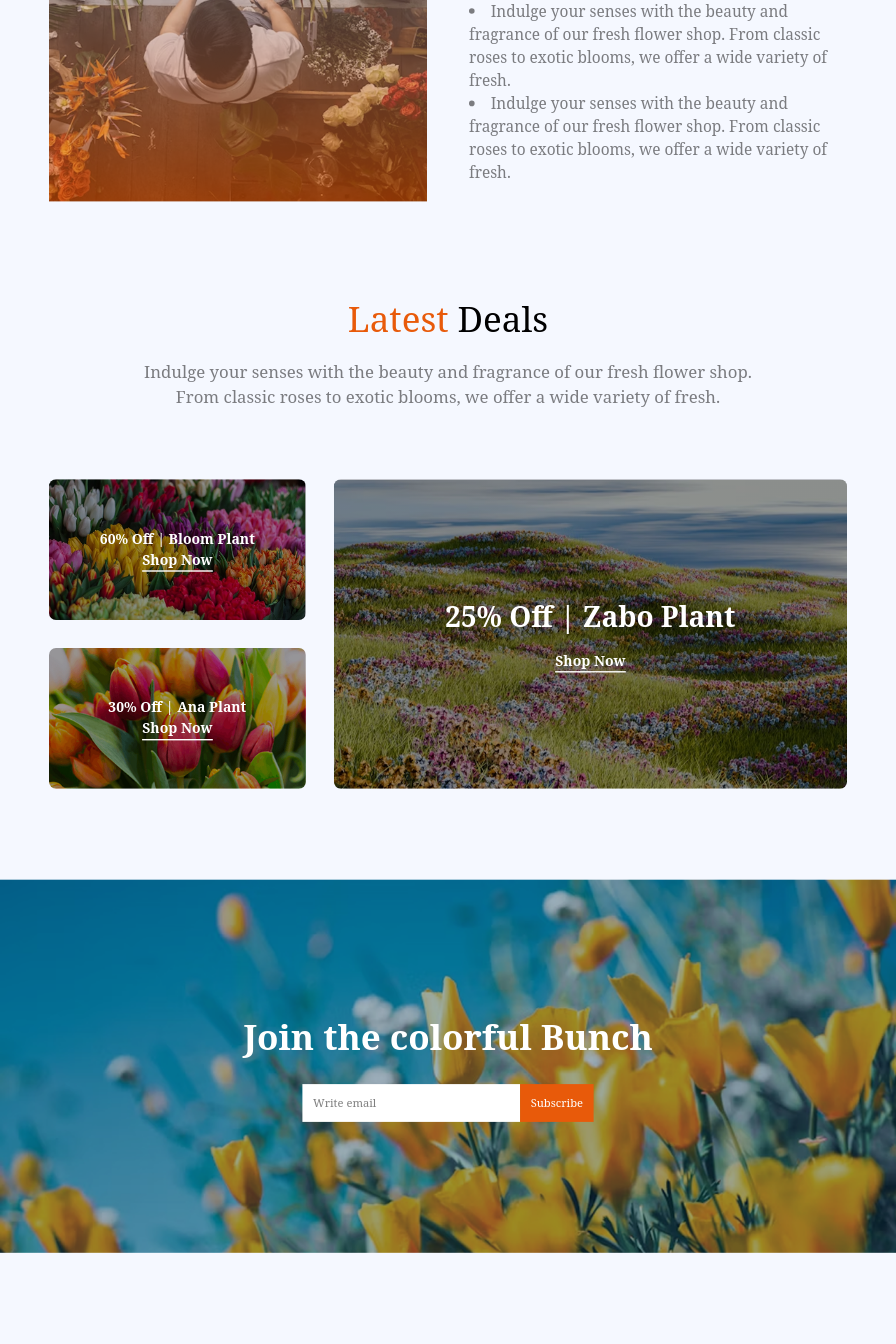
Repository: nahid-hasann/website-7
Page: index.html
The author's editor kept a copy of each file at every save. The page is drawn from the files as they stood at one save, then again after a run of saves.
The browser window is 1280 px wide. The pictures show the part of the page from y = 2514 to 4434 px (the page is 4434 px tall), at 70% of full size.
Some web libraries are served in a nearby version.

Above is the page before, as saved 2025-07-24 21:23:09.

### index.html
<!DOCTYPE html>
<html lang="en">
<head>
    <meta charset="UTF-8">
    <meta name="viewport" content="width=device-width, initial-scale=1.0">
    <title> website-7 </title>
    <link rel="stylesheet" href="style.css">
     <script src="https://cdn.jsdelivr.net/npm/@tailwindcss/browser@4"></script>
    <link rel="stylesheet" href="https://cdnjs.cloudflare.com/ajax/libs/font-awesome/7.0.0/css/all.min.css" integrity="sha512-DxV+EoADOkOygM4IR9yXP8Sb2qwgidEmeqAEmDKIOfPRQZOWbXCzLC6vjbZyy0vPisbH2SyW27+ddLVCN+OMzQ==" crossorigin="anonymous" referrerpolicy="no-referrer" />
   <link rel="preconnect" href="https://fonts.googleapis.com">
<link rel="preconnect" href="https://fonts.gstatic.com" crossorigin>
<link href="https://fonts.googleapis.com/css2?family=Noto+Serif:ital,wght@0,100..900;1,100..900&display=swap" rel="stylesheet">
</head>
<body class="noto-serif-nahid">


    <header>
        <nav>
            <div class="nav-logo">
                <img src="assets/logo.png" alt="">
            </div>
            <div class="nav-menu">
                <ul>
                    <li class="ul-li" style="color: black; font-weight: bold;">Home</li>
                    <li class="ul-li" >Shop</li>
                    <li class="ul-li" >About us</li>
                    <li class="last-li" style="color: black;"><i class="fa-solid fa-cart-shopping"></i>Cart ($56)</li>
                </ul>
            </div>
        </nav>
    </header>

    <main>

        <section class="banner">
            <div class="banner-section">
                <div class="banner-description">
                    <h1>ALWAYS <span style="color: #e85a0a;">FRESH <br> FLOWERS</span></h1>
                    <p>Indulge your senses with the beauty and fragrance of our fresh flower shop. From classic roses to exotic blooms, we offer a wide variety of fresh flowers that are perfect for any occasion.  </p>
                </div>
                <div class="banner-img">
                    <img src="assets/hero-flower.png" alt="">
                </div>
            </div>
        </section>

        <section class="plants-section">
             <h1> <span style="color: #e85a0a;">Our</span> Plants</h1>
             <p>Indulge your senses with the beauty and fragrance of our fresh flower shop. From classic roses to exotic blooms, we offer a wide variety of fresh.</p>
             <div class="plants-card">
                <div class="card">
                    <img src="assets/sample-flower-image.png" alt="">
                    <h4>Lily Blossom</h4>
                    <h2>20 USD</h2>
                    <button class="btn">ADD TO CART</button>
                </div>
                 <div class="card">
                    <img src="assets/sample-flower-image.png" alt="">
                    <h4>Lily Blossom</h4>
                    <h2>20 USD</h2>
                    <button class="btn">ADD TO CART</button>
                </div>
                 <div class="card">
                    <img src="assets/sample-flower-image.png" alt="">
                    <h4>Lily Blossom</h4>
                    <h2>20 USD</h2>
                    <button class="btn">ADD TO CART</button>
                </div>
                 <div class="card">
                    <img src="assets/sample-flower-image.png" alt="">
                    <h4>Lily Blossom</h4>
                    <h2>20 USD</h2>
                    <button class="btn">ADD TO CART</button>
                </div>
                 <div class="card">
                    <img src="assets/sample-flower-image.png" alt="">
                    <h4>Lily Blossom</h4>
                    <h2>20 USD</h2>
                    <button class="btn">ADD TO CART</button>
                </div>
                 <div class="card">
                    <img src="assets/sample-flower-image.png" alt="">
                    <h4>Lily Blossom</h4>
                    <h2>20 USD</h2>
                    <button class="btn">ADD TO CART</button>
                </div>
                 <div class="card">
                    <img src="assets/sample-flower-image.png" alt="">
                    <h4>Lily Blossom</h4>
                    <h2>20 USD</h2>
                    <button class="btn">ADD TO CART</button>
                </div>
                 <div class="card">
                    <img src="assets/sample-flower-image.png" alt="">
                    <h4>Lily Blossom</h4>
                    <h2>20 USD</h2>
                    <button class="btn">ADD TO CART</button>
                </div>
             </div>
        </section>

        <section class="plants-lover-section">
            <div class="plants-lover-div">
                <div class="plants-lover-img">
                <img src="assets/flower-store.png" alt="">
                <div class="badge">
                    <img class="badge-img" src="assets/trusted-badge.png" alt="">
                </div>
            </div>
            <div class="plants-lover-content">
                <h1>Flower & Plants Lover</h1>
                <or>
                    <li>Indulge your senses with the beauty and fragrance of our fresh flower shop. From classic roses to exotic blooms, we offer a wide variety of fresh.</li>
                    <li>Indulge your senses with the beauty and fragrance of our fresh flower shop. From classic roses to exotic blooms, we offer a wide variety of fresh.</li>
                    <li>Indulge your senses with the beauty and fragrance of our fresh flower shop. From classic roses to exotic blooms, we offer a wide variety of fresh.</li>
                </or>
            </div>
            </div>
        </section>

        <section class="offer-main-section">

            <h1 class="text-[50px]"><span style="color: #e85a0a;">Latest</span>  Deals</h1>
            <p>Indulge your senses with the beauty and fragrance of our fresh flower shop. <br> From classic roses to exotic blooms, we offer a wide variety of fresh.</p>

           <div class="offer-section">
            <div class="card card-1">
                 <h3>60% Off | Bloom Plant</h3>
                 <a href="#">Shop Now</a>
            </div>
            <div class="card big-card">
                <h2>25% Off | Zabo Plant</h2>
                <a href="#">Shop Now</a>
            </div>
            <div class="card card-2">
                 <h3>30% Off | Ana Plant</h3>
                 <a href="#">Shop Now</a>
            </div>

           </div>

  </section>

  <section class="subscribe-section">

    <h1>Join the colorful Bunch</h1>

    <div class="subscibe">
        <input type="text" name="" placeholder="Write email" id="">
        <button class="btn-2">Subscribe</button>
    </div>
  </section>


    </main>




</body>
</html>

### style.css


*{
    margin: 0;
    padding: 0;
    box-sizing: border-box;
}


.noto-serif-nahid {
  font-family: "Noto Serif", serif;
  font-optical-sizing: auto;
  font-style: normal;
  font-variation-settings:
    "wdth" 100;
}

body{
    background-color: #f5f8ff;
}



/* header suru  */

header{
   margin: 20px auto;
   max-width: 1140px;
}

nav{
    display: flex;
    justify-content: space-between;
    align-items: center;
}

.nav-logo img{
    width: 100%;
}

.nav-menu ul{
     display: flex;
     gap: 30px;
     align-items: center;
     justify-content: center;
     margin: auto 0;
}

.nav-menu ul li{
    color: rgba(137, 135, 161, 1);
    font-weight: 400;
}


/* header sesh  */

/* banner-section  */

.banner{
    margin: 230px auto 130px auto;
    max-width: 1140px;

}

.banner-section{
     display: flex;
     align-items: end;
     justify-content: center;
}

.banner-description h1{
    font-size: 65px;
    font-weight: 800;

}

.banner-description p{
    font-size: 22px;
    color: #7b7c80;
}

.banner-img img{
    max-width: 570px;
}

/* banner-section  */

/* plants-section suru */

.plants-section{
    width: 1140px;
    margin: 130px auto;
}

.plants-section h1{
    text-align: center;
    font-size: 50px;
    margin-bottom: 14px;
    font-weight: 700;
}

.plants-card{
    display: grid;
    grid-template-columns: 1fr 1fr 1fr 1fr;
    gap: 30px;
    row-gap: 60px;
    margin-top: 60px;
}

.plants-section p{
    font-size: 22px;
    color: #7b7c80;
    text-align: center;
}

.card {
    display: flex;
    flex-direction: column;
    align-items: center;
    justify-content: center;
}

.card h4{
    font-size: 22px;
    font-weight: 300;
    margin-top: 18px;
}

.card h2{
    font-size: 22px;
    font-weight: 700;
    margin-bottom: 18px;
}

.btn{
    background-color: #e85a0a;
    width: 100%;
    padding: 13px 0;
    color: white;
}

/* plants-section sesh  */

/* plants-lover-section suru  */

.plants-lover-section{
    width: 1140px;
    margin: 180px auto 130px auto;
}



.plants-lover-div{
     display: grid;
     grid-template-columns: 1fr 1fr;
    align-items: center;
    justify-content: center;
    gap: 60px;
}

.plants-lover-img{
    position: relative;
}

.badge-img{
    position: absolute;
    top: -80px;
    right: -80px;
    width: 200px;
    z-index: 999;
     animation-name: zoominout;
    animation-timing-function: ease-in-out;
    animation-iteration-count: infinite;
    animation-duration: 4s;
}

@keyframes zoominout{
    0%, 100%{
        transform: scale(1);
    }

    50%{
        transform: scale(1.1);
    }
}



.plants-lover-content h1{
     font-size: 50px;
     font-weight: 700;
}

.plants-lover-content or li{
    font-size: 22px;
    color: #7b7c80;
}

/* plants-lover-section sesh  */


/* offer-section start  */

.offer-main-section{
    width: 1140px;
    margin: 130px auto;
}

.offer-main-section h1{
    text-align: center;
    margin-bottom: 20px;
}

.offer-main-section p{
    color: #7b7c80;
    text-align: center;
    margin-bottom: 100px;
    font-size: 24px;
}

.offer-section{
    display: grid;
    grid-template-columns: 1fr 2fr;
    margin: auto;
    width: 1140px;
    gap: 40px;
    grid-auto-rows: 201px;
    margin-top: 50px;
}

.card{
    border-radius: 10px;
}

.card h3{
    font-size: 20px;
    font-weight: 600;
    color: white;
}

.card a{
    border-bottom: 2px solid white;
    color: white;
    font-size: 20px;
    font-weight: 600;
}

.big-card h2{
    font-size: 40px;
    color: white;
}

.card-1{
    background: linear-gradient(rgba(0, 0, 0, 0.4), rgba(0, 0, 0, 0.4)), url('assets/deal-bloom.png') ;
    height: 201px;
    grid-column: 1;
    grid-row: 1;
     background-repeat: no-repeat;
    background-position: center;
    background-size: cover;
}

.big-card{
    background: linear-gradient(rgba(0, 0, 0, 0.4), rgba(0, 0, 0, 0.4)),   url('assets/deal-zabo.png');
    grid-column: 2;
    grid-row: span 2;
    background-repeat: no-repeat;
    background-position: center;
    background-size: cover;
}

.card-2{
        background: linear-gradient(rgba(0, 0, 0, 0.4), rgba(0, 0, 0, 0.4)),   url('assets/deal-ana.png');
        height: 201px;
        grid-column: 1;
    grid-row: 2;
     background-repeat: no-repeat;
    background-position: center;
    background-size: cover;
}

/* offer-section end  */

/* subscribe-section start  */

.subscribe-section{
    margin: 130px 0;
    background: url('assets/news-letter-bg.png') ;
    height: 533px;
    display: flex;
    flex-direction: column;
    align-items: center;
    justify-content: center;
}

.subscribe-section h1{
    font-size: 50px;
    text-align: center;
    margin-bottom: 30px;
    color: white;
    font-weight: 700;
}

.subscibe{
    max-width: 833px;
    display: flex;
}

.subscibe input{
    background-color: white;
    width: 80%;
    padding: 15px 50px 15px 15px;

}

.btn-2{
    background-color: #e85a0a;
    padding: 15px ;
    color: white;
}

/* subscribe-section end  */








/* media screen  */

@media screen and (max-width:575px) {
    header{
        width: 100%;
    }

nav{
    margin:0 30px;

}

.nav-logo img{
    width: 63px;
}
    .ul-li{
        display: none;
    }

    .banner{
        max-width: 575px;
        margin-top: 70px ;
        margin-bottom: 70px;
    }

    .banner-section{
        flex-direction: column-reverse;

    }

    .banner-description{
        margin-left: 30px;
    }

    .banner-description h1{
    font-size: 24px;
}

.banner-description p{
    font-size: 14px;
}

.banner-img img{
    max-width: 400px;
    margin-bottom: 80px;
}

.plants-section{
    width: 100% ;
    padding: 0 20px ;
    margin: 70px 0;

}

.plants-card{
    display: grid;
    grid-template-columns: 1fr 1fr;
    gap: 20px;
    row-gap: 40px;
}

.plants-section h1{
    font-size: 24px;
}
.plants-section p{
    font-size: 14px;
}

.card h4{
    font-size: 15px;
}

.card h2{
    font-size: 15px;
}

.btn{
    font-size: 15px;
}

.plants-lover-section{
    width: 100%;
    margin: 70px 0;
    padding: 0 20px;
}

.plants-lover-div{
    grid-template-columns: 1fr;
}

.badge-img{
    display: none;
}


.plants-lover-content h1{
    font-size: 24px;
    margin-top: -30px;
}

.plants-lover-content or li{
    font-size: 14px;
}

.plants-lover-content or li:nth-child(2){
    margin-top: 15px;
    margin-bottom: 15px;
}

.plants-lover-content or li:first-child{
    margin-top: 15px;
}

.offer-main-section{
    width: 100%;
    padding: 0 20px;
    margin-top: 70px ;
    margin-bottom: 70px;
}

.offer-main-section h1{
    font-size: 24px;
}

.offer-main-section p{
    font-size: 14px;
    margin-top: 15px;
}

.offer-section{
    grid-template-columns: 1fr;
    width: 100%;
    margin: 0px 0 70px 0;
    padding: 0 20px;
}

.card h3 {
    font-size: 15px;
}

.card a{
    font-size: 15px;
}

.big-card h2{
    font-size: 15px;
}

.card-1{
    grid-column: 1;
    grid-row: 1;
}

.card-2{
    grid-column: 1;
    grid-row: 2;
}

.big-card{
    grid-column: 1;
    grid-row: 3;
}


}

After the next 2 saves:
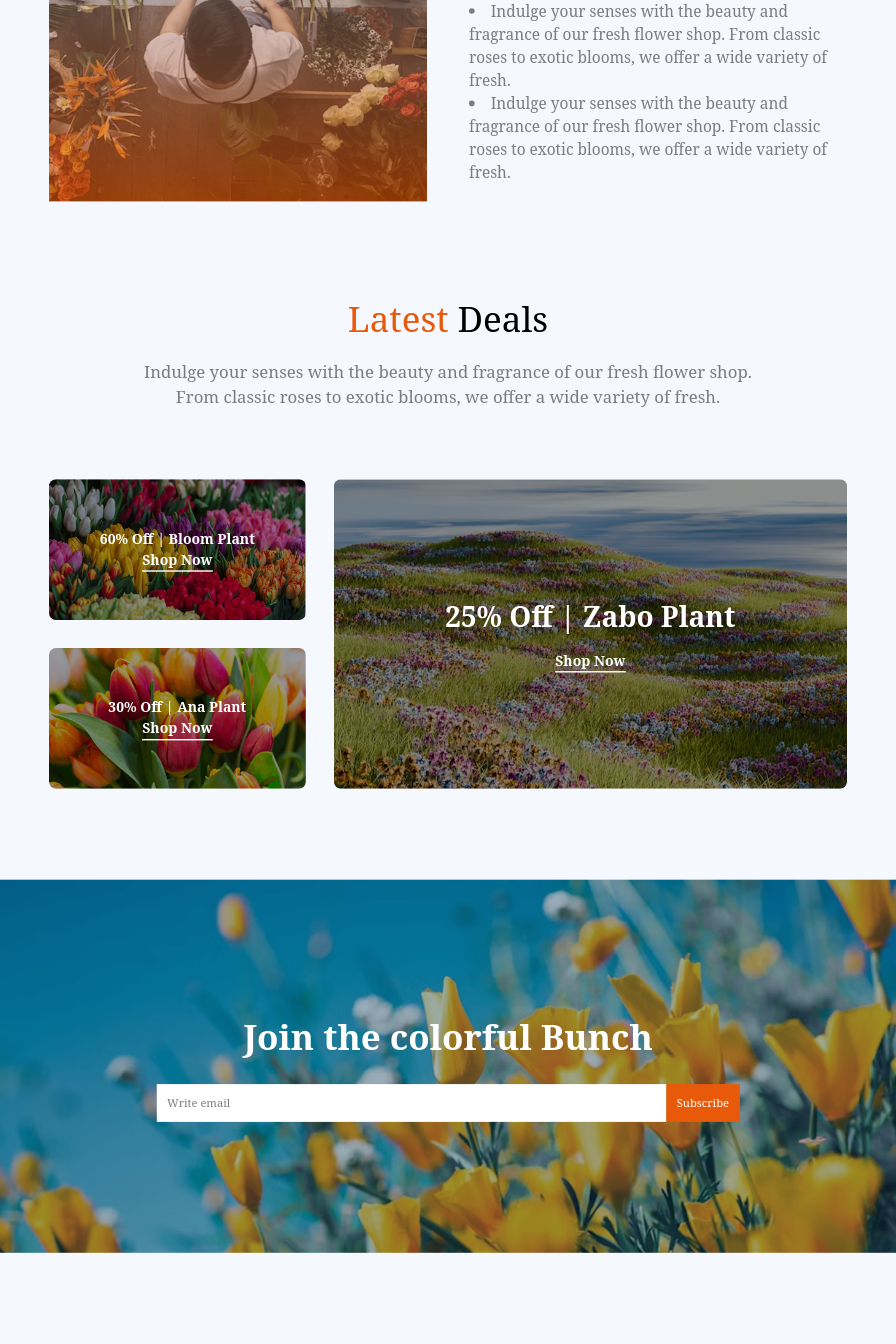
The 2 saves are shown as one change because they came seconds apart.
The last was saved 7 s later.
--- a/style.css
+++ b/style.css
@@ -308,7 +308,7 @@
 
 .subscibe input{
     background-color: white;
-    width: 80%;
+    width: 833px;
     padding: 15px 50px 15px 15px;
 
 }

After the save that followed:
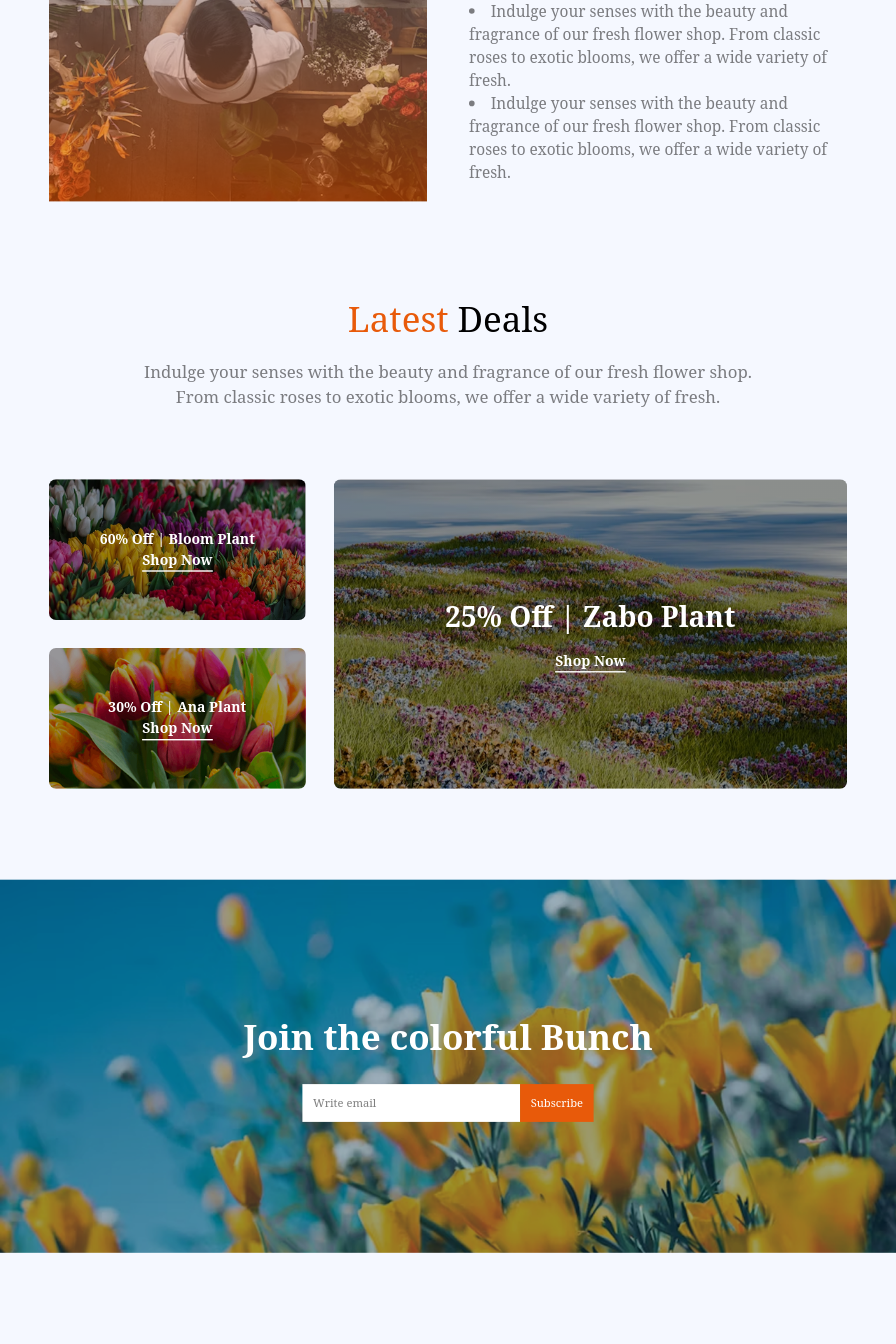
Saved 10 s later.
--- a/style.css
+++ b/style.css
@@ -308,7 +308,7 @@
 
 .subscibe input{
     background-color: white;
-    width: 833px;
+    width: ;
     padding: 15px 50px 15px 15px;
 
 }
